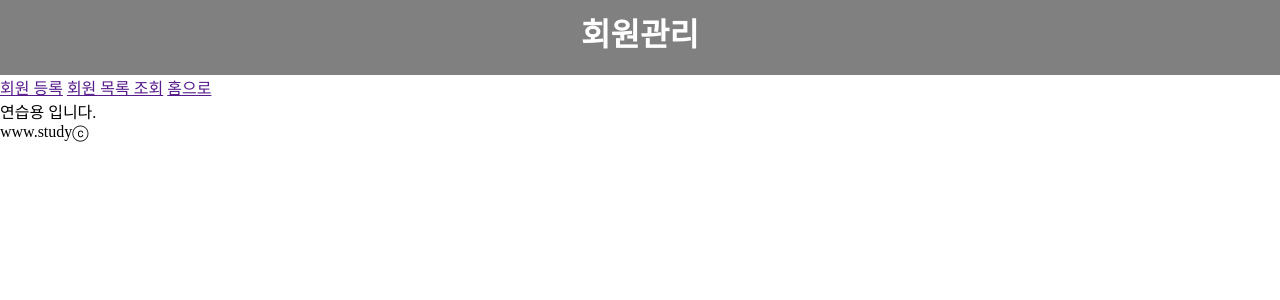
Repository: jieun000/Craftsman_Information_Processing
Page: http://localhost/00_study/
These files come from the project's save history. The page is drawn as it stood at one moment and after the next save; the edit follows.
The browser window is 1280 px wide. The pictures show the whole page.
The page is served by Tomcat 9.

Above is the page before, as saved 2023-07-02 13:18:57.

After the next save:
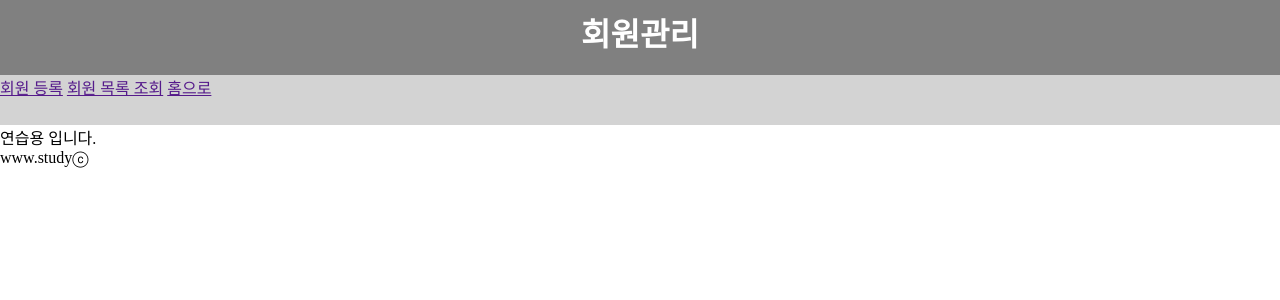
Saved 16 s later.
--- a/00_study/WebContent/index.jsp
+++ b/00_study/WebContent/index.jsp
@@ -19,8 +19,9 @@
 		line-height: 70px;
 	}
 	nav {
-		height:50px
+		height: 50px;
 		background: lightgray;
+		color: white;
 	}
 </style>
 </head>
